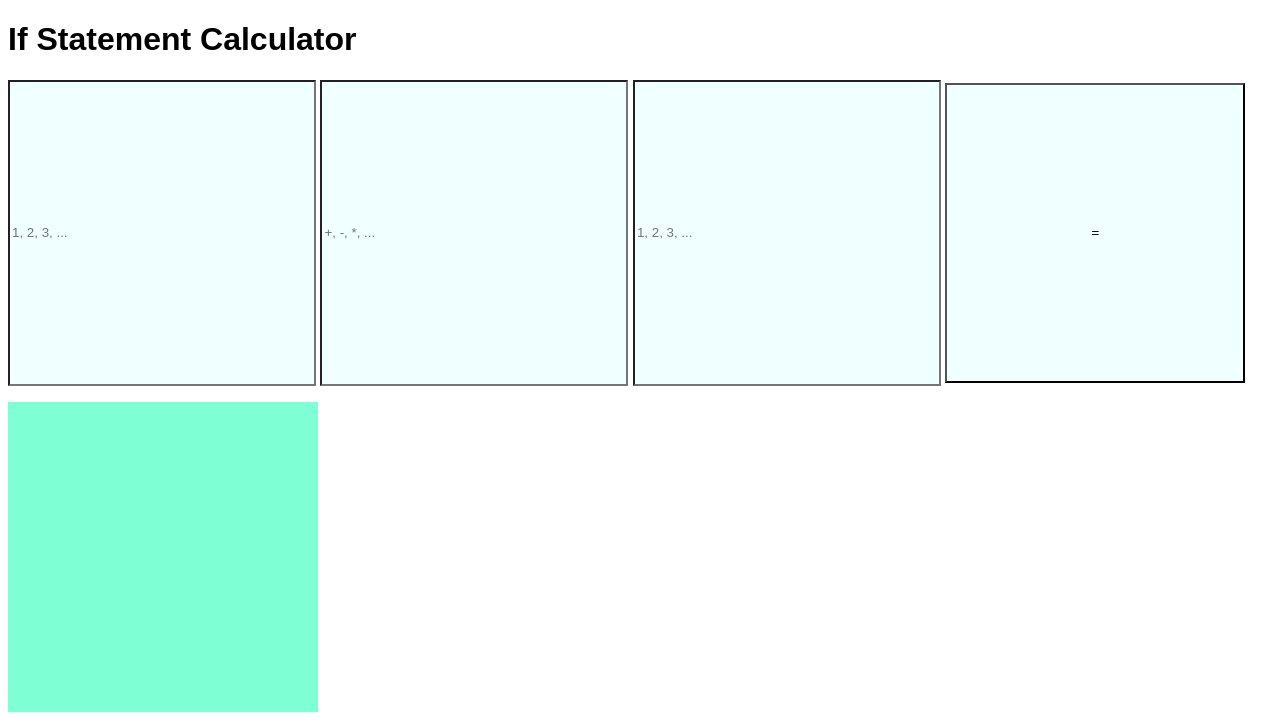
Repository: WesleyErasmus/threeInputCalculator
Page: html/if-calculator.html
An editor plug-in stored every save of this project. The page is shown before and after the next save, followed by the edit.
The browser window is 1280 px wide. The pictures show the whole page.

Above is the page before, as saved 2022-04-27 22:07:13.

After the next save:
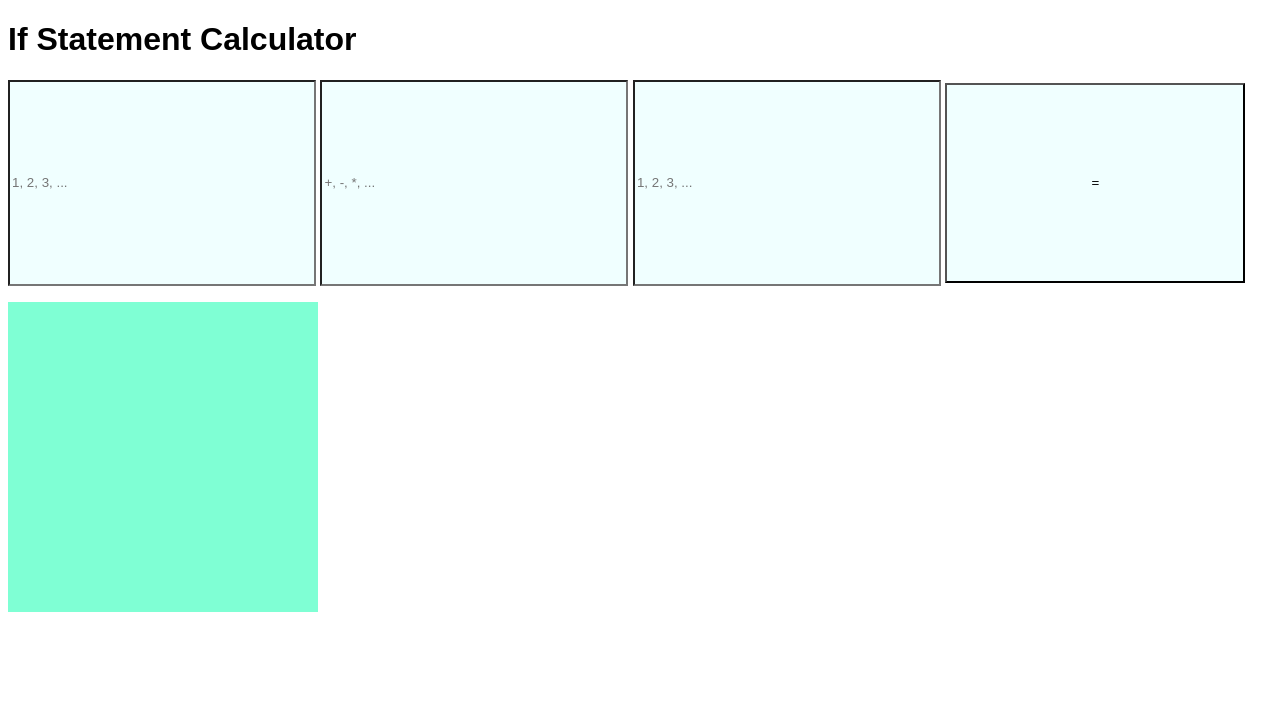
Saved 17 s later.
--- a/css/stylesheet.css
+++ b/css/stylesheet.css
@@ -7,12 +7,12 @@ form {
 input, button {
     font-size: ;
     width: 300px;
-    height: 300px;
+    height: 200px;
     background-color: azure;
 }
 .inputField {
     width: 310px;
-    height: 310px;
+    height: 210px;
 }
 p {
     width: 310px;
